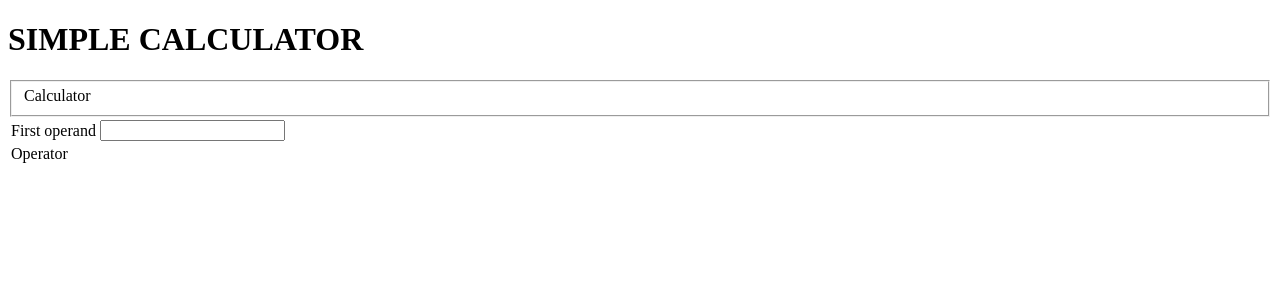
Repository: NGUYEN112/Module2
Page: http://localhost/
An editor plug-in stored every save of this project. The page is shown before and after the next save, followed by the edit.
The browser window is 1280 px wide. The pictures show the whole page.
The page is run by PHP 8.4 with error messages shown; the project is at /var/www/html/.

Above is the page before, as saved 2021-01-18 11:45:33.

After the next save:
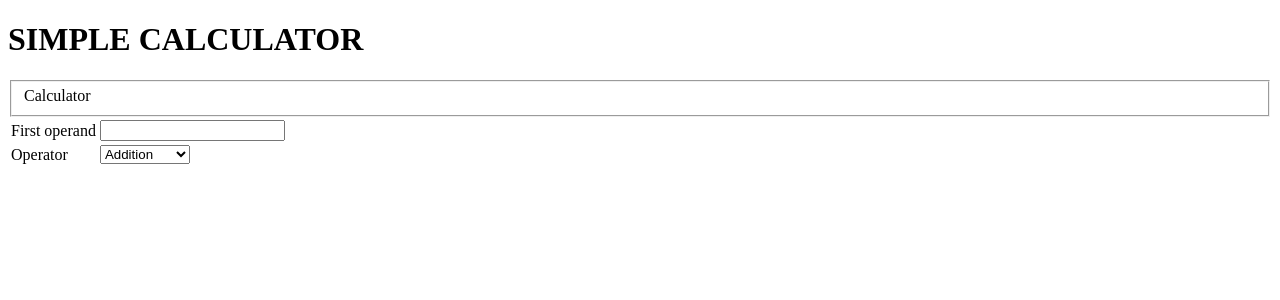
Saved 2 min 35 s later.
--- a/bai8-calculator/index.php
+++ b/bai8-calculator/index.php
@@ -17,7 +17,12 @@
         </tr>
         <tr>
         <td>Operator</td>
-        <td></td>
+        <td><select>
+            <option value="addition">Addition</option>
+            <option value="subtraction">Subtraction</option>
+            <option value="multive">Multive</option>
+            <option value="dimession">Dimession</option>
+        </select></td>
         </tr>
     </div>
     </table>
